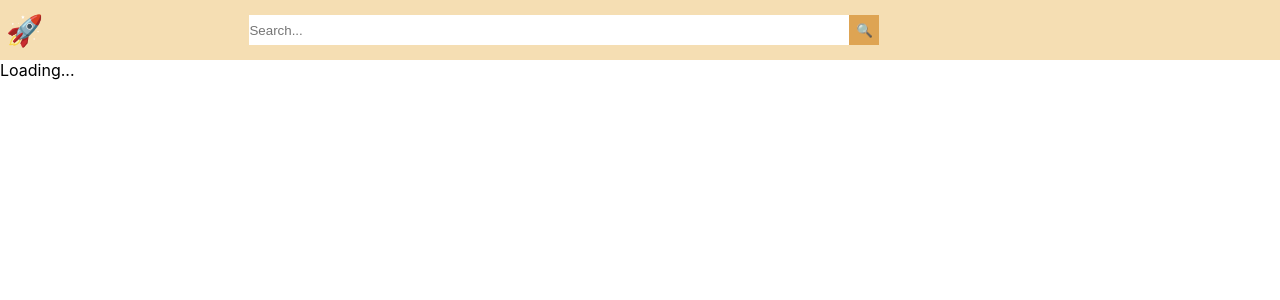
Repository: YEOMJINSEOP/React
Page: / (app in reactube/)
The author's editor kept a copy of each file at every save. The page is drawn from the files as they stood at one save, then again after the next save.
The browser window is 1280 px wide. The pictures show the whole page.
The page's requests for data from a server got no answer. The project was rebuilt for these pictures with package versions that can differ from the ones it lists, and the page was loaded fresh each time. No one was signed in, and anything a server would have sent is missing. Also part of the build but not shown: reactube/src/app.css, reactube/src/components/videoList/VideoList.module.css, reactube/src/components/videoList/VideoList.jsx.

Above is the page before, as saved 2023-01-17 11:40:36.

After the next save:
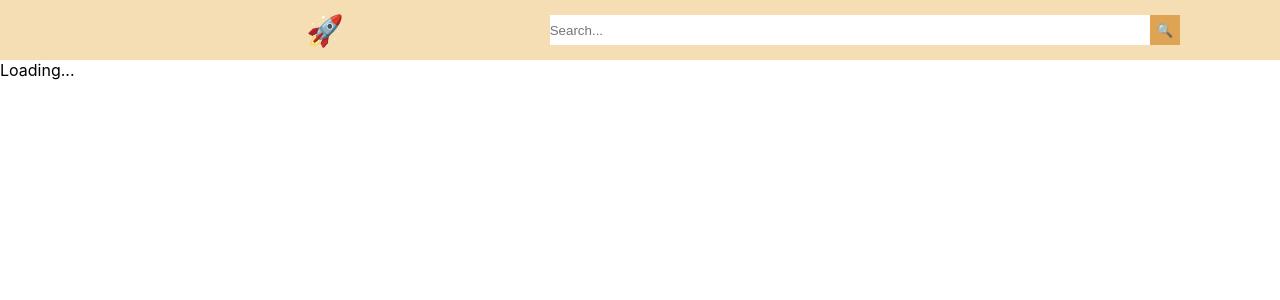
Saved 18 s later.
--- a/reactube/src/components/header/Header.module.css
+++ b/reactube/src/components/header/Header.module.css
@@ -12,7 +12,7 @@ button {
   width: 100%;
   height: 60px;
   display: flex;
-  justify-content:flex-start;
+  justify-content:center;
   align-items: center;
 }
 
